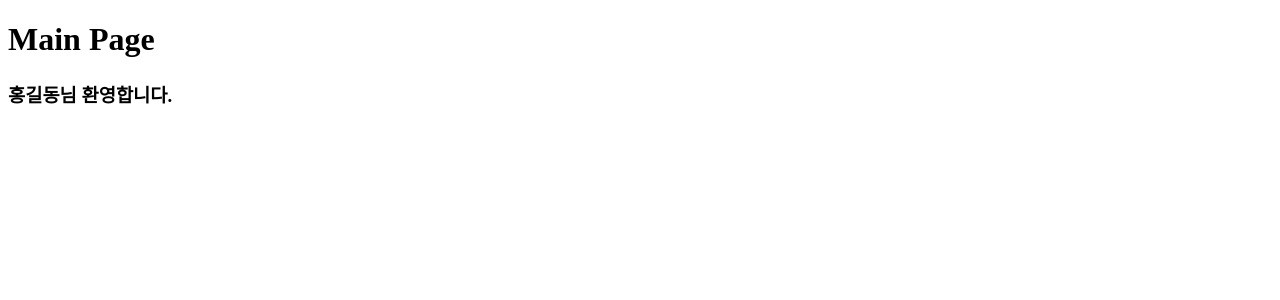
Repository: Kimsj112/servlet_study
Page: http://localhost/day02/main
These files come from the project's save history. The page is drawn as it stood at one moment and after the next save; the edit follows.
The browser window is 1280 px wide. The pictures show the whole page.
The page is served by Tomcat 9.

Above is the page before, as saved 2024-03-27 01:28:01.

After the next save:
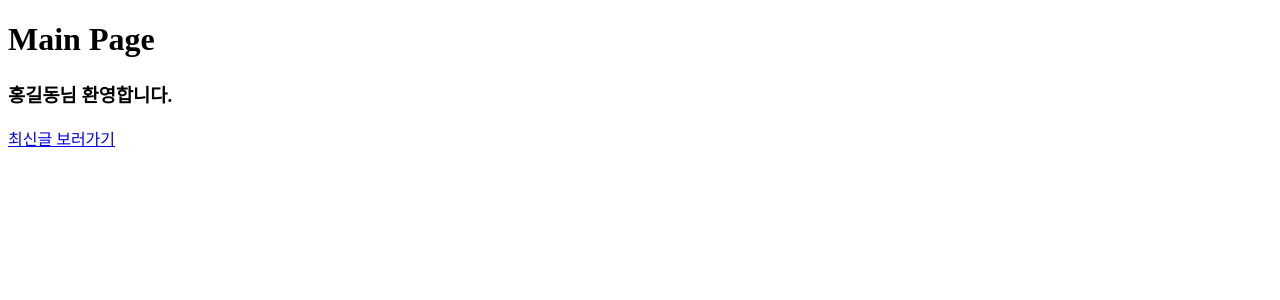
Saved 100 s later.
--- a/workspace/day02/src/main/webapp/main.jsp
+++ b/workspace/day02/src/main/webapp/main.jsp
@@ -9,5 +9,6 @@
 <body>
 	<h1>Main Page</h1>
 	<h3><%= request.getAttribute("userName") %>님 환영합니다.</h3>
+	<a href="/day02/board">최신글 보러가기</a>
 </body>
 </html>
